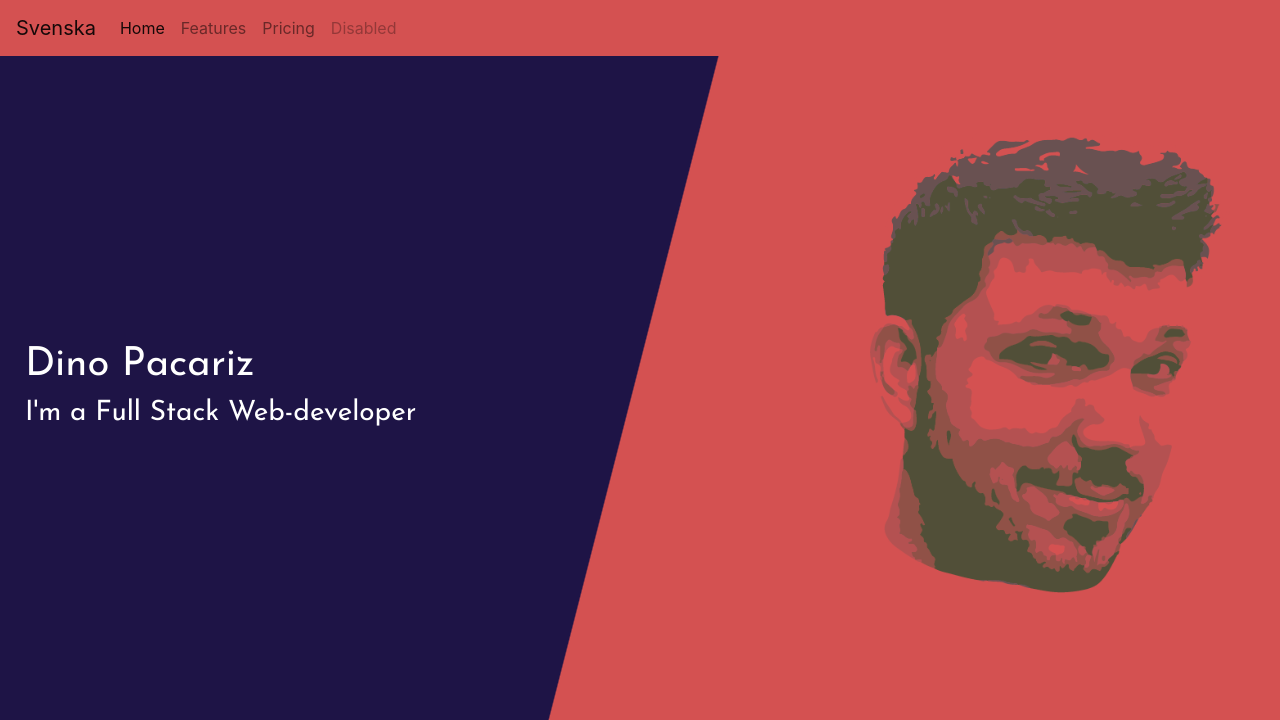
Repository: ImDino/Portfolio
Page: index.html
An editor plug-in stored every save of this project. The page is shown before and after the next save, followed by the edit.
The browser window is 1280 px wide. The pictures show the whole page.
Some web libraries are served in a nearby version. The style sheet was rebuilt from its Sass, Less or Tailwind sources for each picture, by a compiler version that may differ from the author's.

Above is the page before, as saved 2020-11-04 12:52:28.

After the next save:
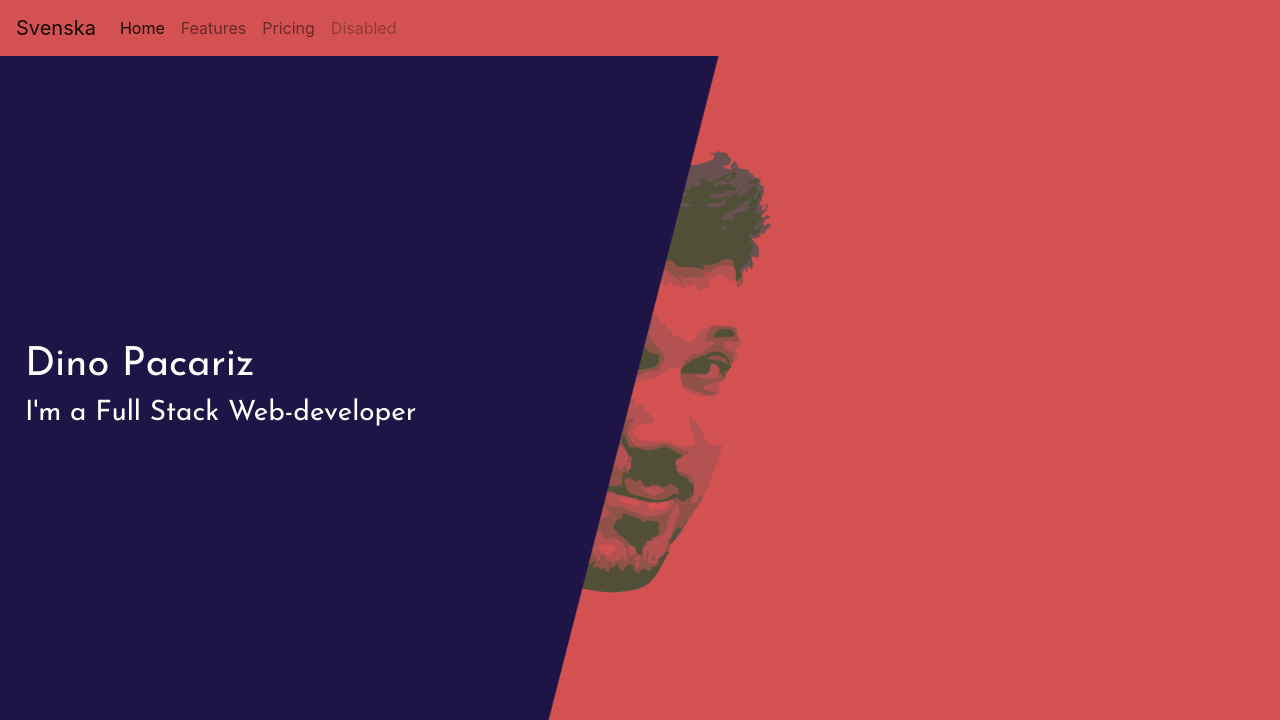
Saved 9 s later.
--- a/scss/main.scss
+++ b/scss/main.scss
@@ -40,7 +40,7 @@ body {
     bottom: 0;
     left: 0;
     right: 0;
-    margin-right: 50px;
+    margin-right: 500px;
     background: url('/img/vectorFace.png') no-repeat;
     background-color: #D45151;
     z-index: -2;
